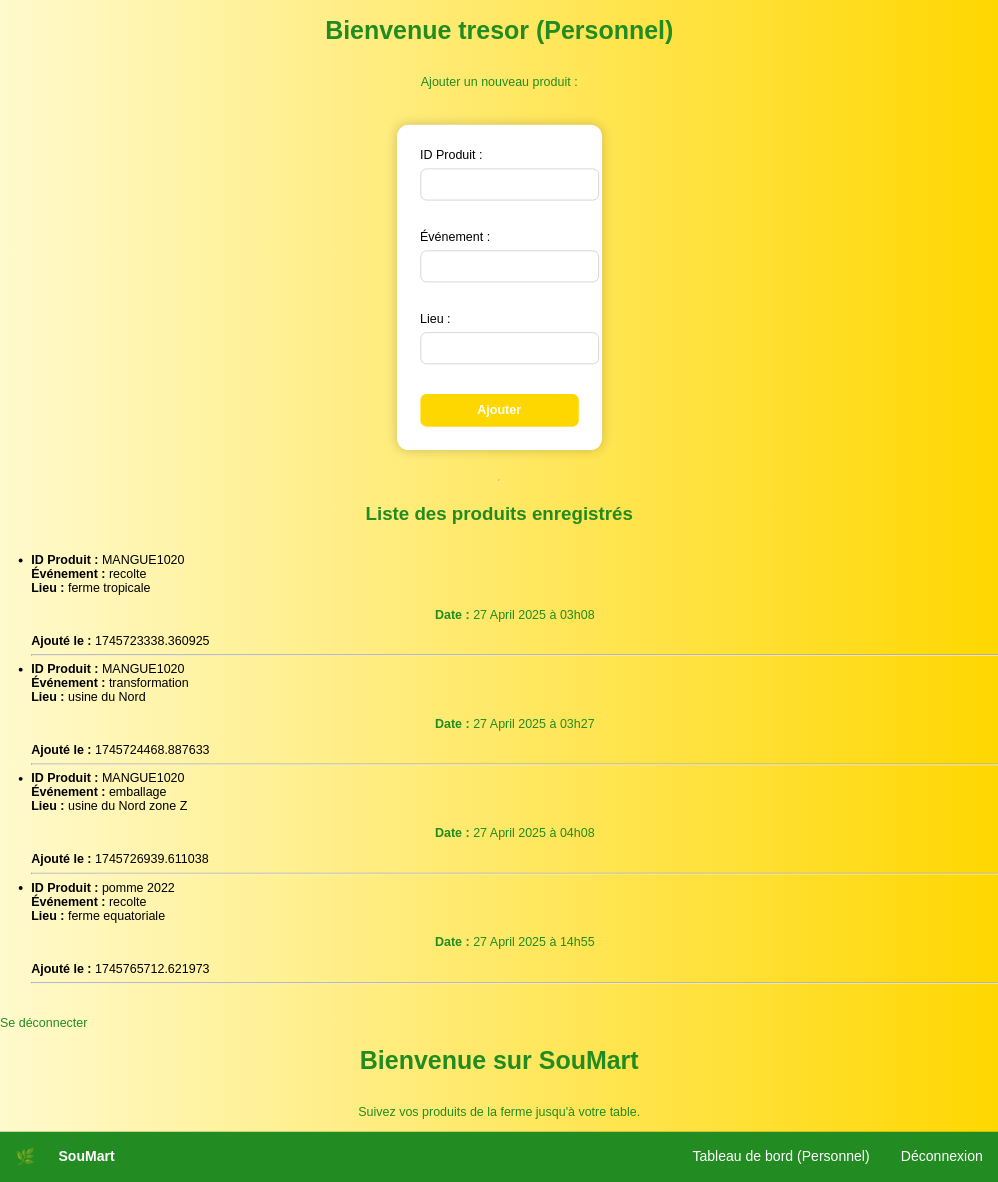
Repository: SouhailMar10/FOOD-MART
Page: http://localhost/dashboard_personnel
An editor plug-in stored every save of this project. The page is shown before and after the next save, followed by the edit.
The browser window is 1280 px wide. The pictures show the whole page, at 78% of full size.
The page is served by the project's application, run on Flask 3 (app.py). The user the application loads for id 1 is signed in. The page reads the database file committed with the project.

Above is the page before, as saved 2025-04-27 11:03:01.

After the next save:
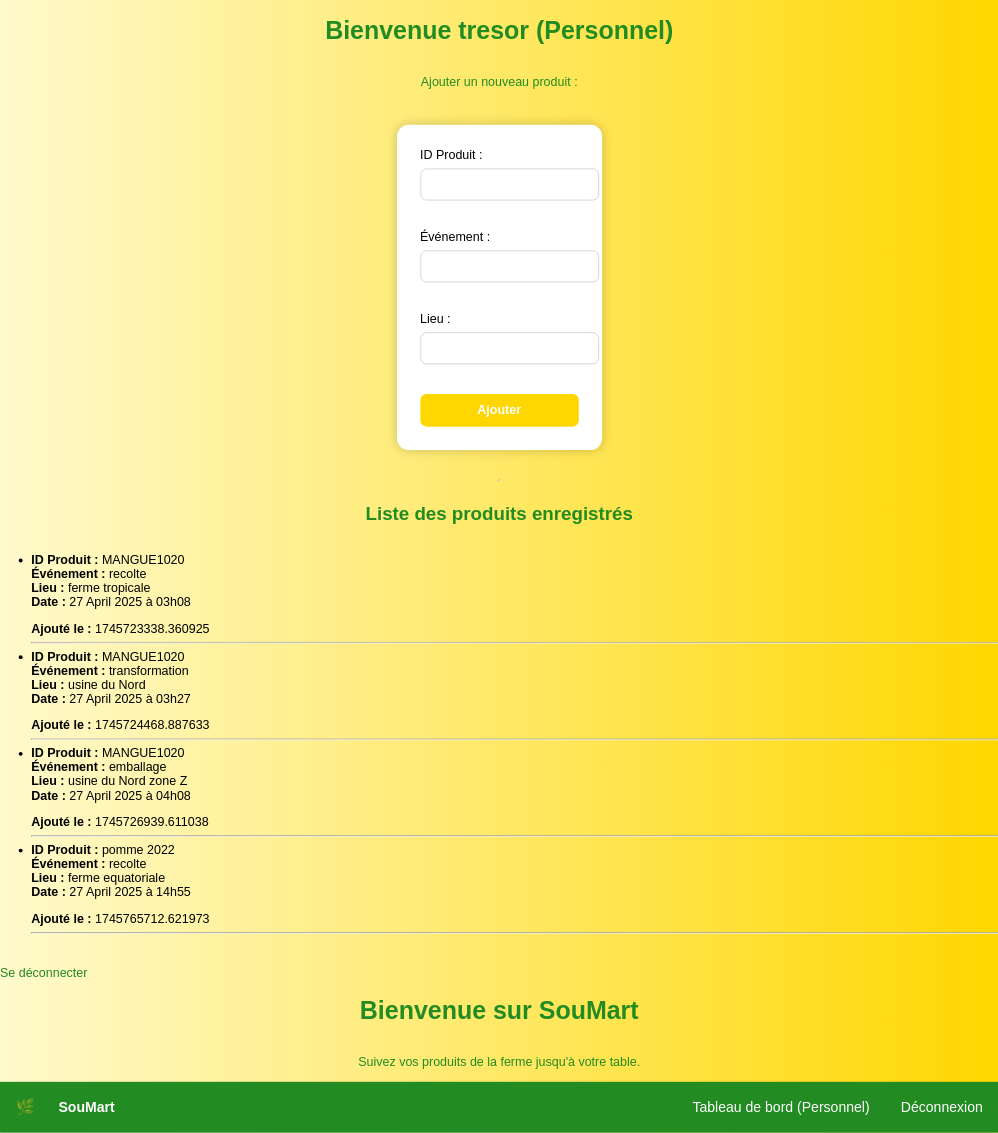
Saved 10 s later.
--- a/templates/dashboard_personnel.html
+++ b/templates/dashboard_personnel.html
@@ -40,7 +40,7 @@
                     <strong>ID Produit :</strong> {{ block.product_id }}<br>
                     <strong>Événement :</strong> {{ block.event }}<br>
                     <strong>Lieu :</strong> {{ block.location }}<br>
-                    <p><strong>Date :</strong> {{ block.get_formatted_date() }}</p>
+                    <strong>Date :</strong> {{ block.get_formatted_date() }}</p>
                     <strong>Ajouté le :</strong> {{ block.timestamp }}
                 </li>
                 <hr>
